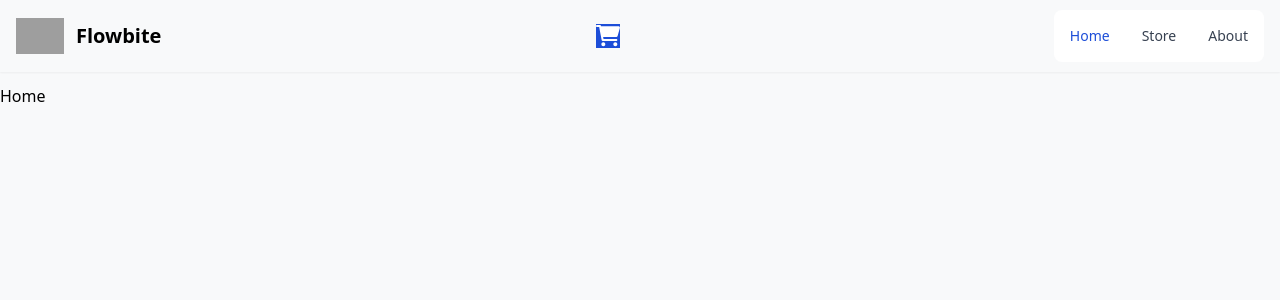
Repository: ducanhaep/react-ts-shopping-cart
Page: /
These files come from the project's save history. The page is drawn as it stood at one moment and after the next save; the edit follows.
The browser window is 1280 px wide. The pictures show the whole page.
Pictures or frames that could not be fetched are drawn as grey boxes. The project was rebuilt for these pictures with package versions that can differ from the ones it lists, and the page was loaded fresh each time. Also part of the build but not shown: vite.config.ts, src/pages/About.js, src/pages/Store.js.

Above is the page before, as saved 2023-01-11 18:12:39.

### src/App.tsx
import { Routes, Route } from "react-router-dom";
import { About } from "./pages/About";
import { Home } from "./pages/Home";
import { Store } from "./pages/Store";
import { Navbar } from "./components/Navbar";
function App() {
  return (
    <>
      <Navbar />
      <div className="container mb-4">
        <Routes>
          <Route path="/" element={<Home />} />
          <Route path="/store" element={<Store />} />
          <Route path="/about" element={<About />} />
        </Routes>
      </div>
    </>
  );
}

export default App;

### src/index.css
@tailwind base;
@tailwind components;
@tailwind utilities;
:root {
  font-synthesis: none;
  text-rendering: optimizeLegibility;
  -webkit-font-smoothing: antialiased;
  -moz-osx-font-smoothing: grayscale;
  -webkit-text-size-adjust: 100%;
}

/* Box sizing rules */
*,
*::before,
*::after {
  box-sizing: border-box;
}

/* Remove default margin */
body,
h1,
h2,
h3,
h4,
p,
figure,
blockquote,
dl,
dd {
  margin: 0;
}

/* Remove list styles on ul, ol elements with a list role, which suggests default styling will be removed */
ul[role="list"],
ol[role="list"] {
  list-style: none;
}

/* Set core root defaults */
html:focus-within {
  scroll-behavior: smooth;
}

/* Set core body defaults */
body {
  min-height: 100vh;
  text-rendering: optimizeSpeed;
  line-height: 1.5;
  background-color: #f8f9fa;
}

input,
button,
textarea,
select {
  font: inherit;
}

### src/components/Navbar.tsx
import { Link, NavLink } from "react-router-dom";

export function Navbar() {
  return (
    <div className="shadow-sm mb-3">
      <nav className="containerbg-white border-gray-200 px-2 sm:px-4 py-2.5 rounded dark:bg-gray-900">
        <div className="container flex flex-wrap items-center justify-between mx-auto">
          <a href="#" className="flex items-center">
            <img
              src="https://flowbite.com/docs/images/logo.svg"
              className="h-6 mr-3 sm:h-9"
              alt="Flowbite Logo"
            />
            <span className="self-center text-xl font-semibold whitespace-nowrap dark:text-white">
              Flowbite
            </span>
          </a>
          <button
            data-collapse-toggle="navbar-default"
            type="button"
            // className="inline-flex items-center p-2 ml-3 text-sm text-gray-500 rounded-lg md:hidden hover:bg-gray-100 focus:outline-none focus:ring-2 focus:ring-gray-200 dark:text-gray-400 dark:hover:bg-gray-700 dark:focus:ring-gray-600"
            aria-controls="navbar-default"
            aria-expanded="false"
            className="w-6 h-6 text-white bg-blue-700"
          >
            <span className="sr-only">Open main menu</span>
            {/* <svg
              className="w-6 h-6"
              aria-hidden="true"
              fill="currentColor"
              viewBox="0 0 20 20"
              xmlns="http://www.w3.org/2000/svg"
            >
              <path
                fillRule="evenodd"
                d="M3 5a1 1 0 011-1h12a1 1 0 110 2H4a1 1 0 01-1-1zM3 10a1 1 0 011-1h12a1 1 0 110 2H4a1 1 0 01-1-1zM3 15a1 1 0 011-1h12a1 1 0 110 2H4a1 1 0 01-1-1z"
                clipRule="evenodd"
              />
            </svg> */}
            <svg
              xmlns="http://www.w3.org/2000/svg"
              viewBox="0 0 576 512"
              fill="currentColor"
            >
              <path d="M96 0C107.5 0 117.4 8.19 119.6 19.51L121.1 32H541.8C562.1 32 578.3 52.25 572.6 72.66L518.6 264.7C514.7 278.5 502.1 288 487.8 288H170.7L179.9 336H488C501.3 336 512 346.7 512 360C512 373.3 501.3 384 488 384H159.1C148.5 384 138.6 375.8 136.4 364.5L76.14 48H24C10.75 48 0 37.25 0 24C0 10.75 10.75 0 24 0H96zM128 464C128 437.5 149.5 416 176 416C202.5 416 224 437.5 224 464C224 490.5 202.5 512 176 512C149.5 512 128 490.5 128 464zM512 464C512 490.5 490.5 512 464 512C437.5 512 416 490.5 416 464C416 437.5 437.5 416 464 416C490.5 416 512 437.5 512 464z" />
            </svg>
          </button>
          <div className="hidden w-full md:block md:w-auto" id="navbar-default">
            <ul className="flex flex-col p-4 mt-4 border border-gray-100 rounded-lg bg-gray-50 md:flex-row md:space-x-8 md:mt-0 md:text-sm md:font-medium md:border-0 md:bg-white dark:bg-gray-800 md:dark:bg-gray-900 dark:border-gray-700">
              <li>
                <NavLink
                  to="/"
                  className={({ isActive }) =>
                    isActive
                      ? "text-white bg-blue-700 rounded md:bg-transparent md:text-blue-700 md:p-0 dark:text-white"
                      : "block py-2 pl-3 pr-4 text-gray-700 rounded hover:bg-gray-100 md:hover:bg-transparent md:border-0 md:hover:text-blue-700 md:p-0 dark:text-gray-400 md:dark:hover:text-white dark:hover:bg-gray-700 dark:hover:text-white md:dark:hover:bg-transparent"
                  }
                  aria-current="page"
                >
                  Home
                </NavLink>
              </li>
              <li>
                <NavLink
                  to="store"
                  className={({ isActive }) =>
                    isActive
                      ? "text-white bg-blue-700 rounded md:bg-transparent md:text-blue-700 md:p-0 dark:text-white"
                      : "block py-2 pl-3 pr-4 text-gray-700 rounded hover:bg-gray-100 md:hover:bg-transparent md:border-0 md:hover:text-blue-700 md:p-0 dark:text-gray-400 md:dark:hover:text-white dark:hover:bg-gray-700 dark:hover:text-white md:dark:hover:bg-transparent"
                  }
                >
                  Store
                </NavLink>
              </li>
              <li>
                <NavLink
                  to="about"
                  className={({ isActive }) =>
                    isActive
                      ? "text-white bg-blue-700 rounded md:bg-transparent md:text-blue-700 md:p-0 dark:text-white"
                      : "block py-2 pl-3 pr-4 text-gray-700 rounded hover:bg-gray-100 md:hover:bg-transparent md:border-0 md:hover:text-blue-700 md:p-0 dark:text-gray-400 md:dark:hover:text-white dark:hover:bg-gray-700 dark:hover:text-white md:dark:hover:bg-transparent"
                  }
                >
                  About
                </NavLink>
              </li>
            </ul>
          </div>
        </div>
      </nav>
    </div>
  );
}

### tailwind.config.cjs
/** @type {import('tailwindcss').Config} */
module.exports = {
  content: ["./index.html", "./src/**/*.{js,ts,jsx,tsx}"],
  theme: {
    container: {
      center: true,
    },
    extend: {},
  },
  plugins: [],
};

Loaded but not shown: index.html (common file); src/main.tsx (common file); src/pages/Home.js (common file)

After the next save:
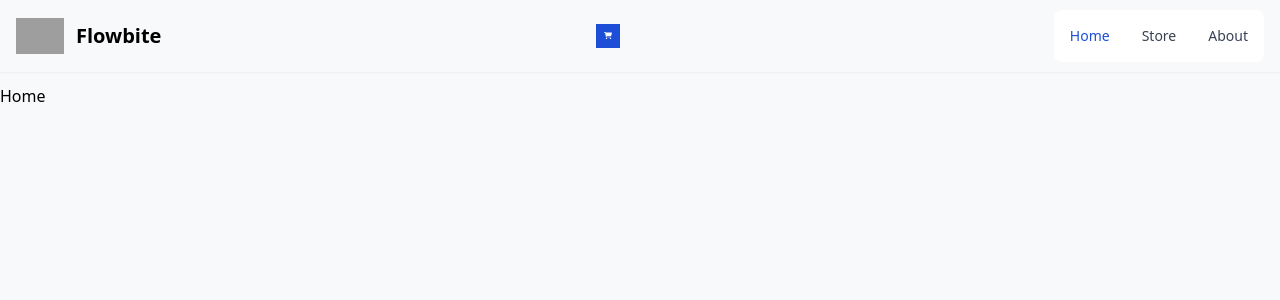
Saved 9 s later.
--- a/src/components/Navbar.tsx
+++ b/src/components/Navbar.tsx
@@ -21,7 +21,7 @@ export function Navbar() {
             // className="inline-flex items-center p-2 ml-3 text-sm text-gray-500 rounded-lg md:hidden hover:bg-gray-100 focus:outline-none focus:ring-2 focus:ring-gray-200 dark:text-gray-400 dark:hover:bg-gray-700 dark:focus:ring-gray-600"
             aria-controls="navbar-default"
             aria-expanded="false"
-            className="w-6 h-6 text-white bg-blue-700"
+            className="w-6 h-6 text-white bg-blue-700 p-2"
           >
             <span className="sr-only">Open main menu</span>
             {/* <svg
